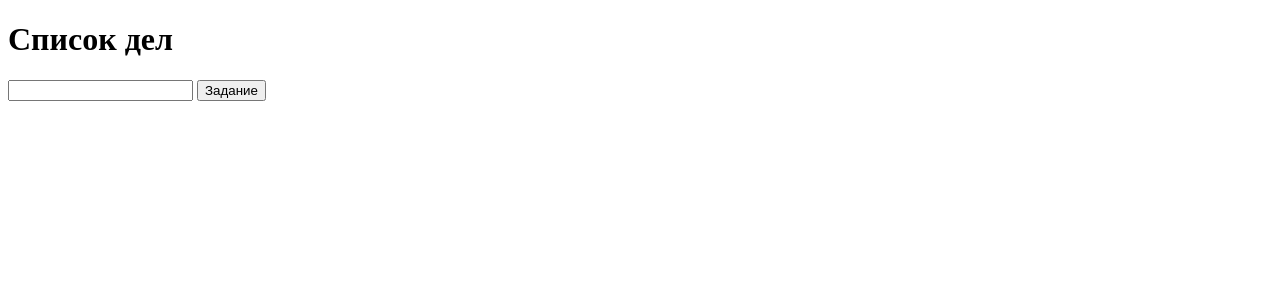
Repository: andbaik/it_unit9
Page: index.html
These files come from the project's save history. The page is drawn as it stood at one moment and after the next save; the edit follows.
The browser window is 1280 px wide. The pictures show the whole page.

Above is the page before, as saved 2021-04-06 21:31:12.

### index.html
<!DOCTYPE html>
<html lang="ru">
<head>
    <meta charset="UTF-8">
    <meta http-equiv="X-UA-Compatible" content="IE=edge">
    <meta name="viewport" content="width=device-width, initial-scale=1.0">
    <title>Список дел</title>
</head>
<body>
    <head>
        <h1>Список дел</h1>
    </head>
    <input type="text" name="task" id="task">
    <button class="add-task-btn">Задание</button>
</body>
</html>

After the next save:
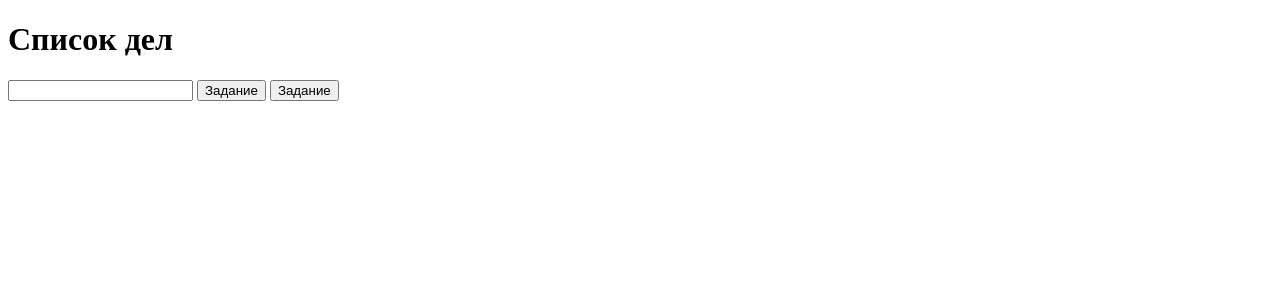
Saved 8 s later.
--- a/index.html
+++ b/index.html
@@ -12,5 +12,6 @@
     </head>
     <input type="text" name="task" id="task">
     <button class="add-task-btn">Задание</button>
+    <button class="add-task-btn">Задание</button>
 </body>
 </html>
